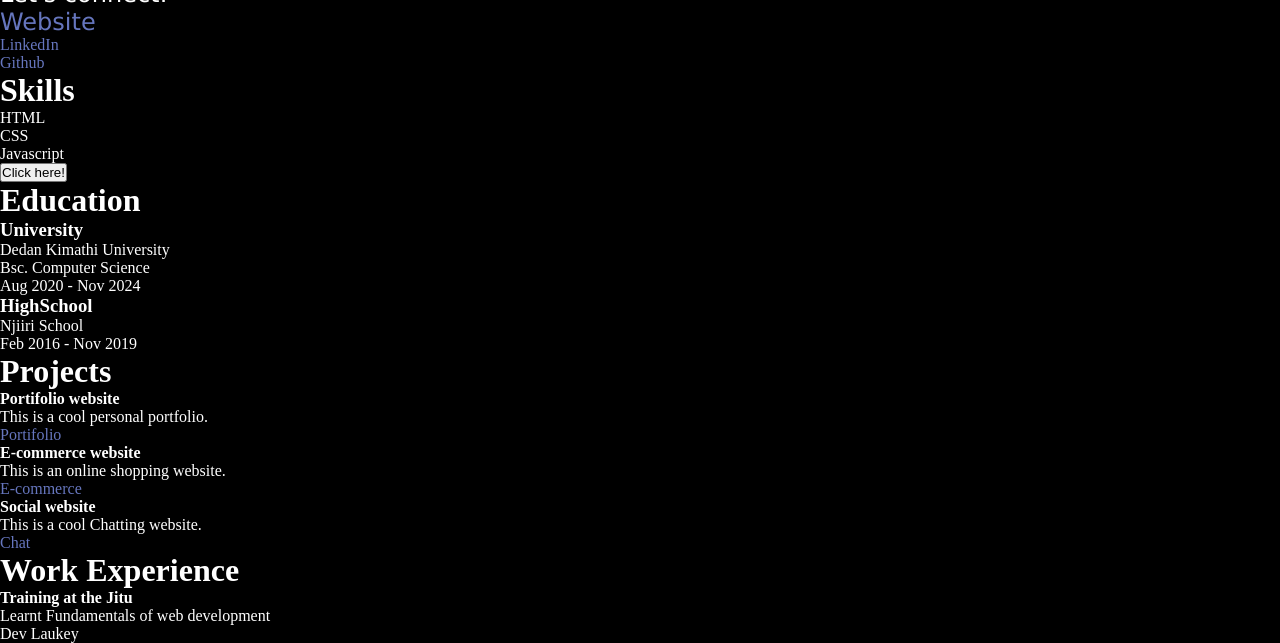
Repository: LaukeyMwaura/Jitu-Day-2
Page: index.html
These files come from the project's save history. The page is drawn as it stood at one moment and after a run of saves; the edit follows.
The browser window is 1280 px wide. The pictures show the part of the page from y = 640 to 1283 px (the page is 1283 px tall before and 1273 px after).
A picture or video elsewhere on the page could not be fetched, so the positions and the page height are approximate.

Above is the page before, as saved 2022-05-12 00:23:43.

### index.html
<!DOCTYPE html>
<html lang="en">
  <head>
    <meta charset="UTF-8" />
    <meta http-equiv="X-UA-Compatible" content="IE=edge" />
    <meta name="viewport" content="width=device-width, initial-scale=1.0" />
    <title>First Site</title>
    <link rel="stylesheet" href="./style.css">
  </head>
  <body>
    <nav class="nav">
      <ul class="list" style="list-style-type: circle">
        <li><a href="#about">About </a></li>
        <li><a href="#skills">Skills </a></li>
        <li><a href="#education">Education </a></li>
        <li><a href="#projects">Projects </a></li>
        <li><a href="#work">Work </a></li>
      </ul>
    </nav>
    <div id="about">
      <h1 class="heading" id="about-me">About Me</h1>
      <div class="about">
        <p class="text">Music Lover

        </p>
        <br>
         <p class="text"> Programming Enthusiast.</p>

      <img
        height="450"
        weight="450"
        src="https://devlaukey.netlify.app/uploads/me.jpeg"
        alt=""
      />
      </div>

      <p class="text">Let's connect:</p>
      <ul>
      <a class="text" target="_blank" href="https://devlaukey.netlify.com/">Website</a>
        <li> <a target="_blank" href="https://www.linkedin.com/in/devlaukey/"
        >LinkedIn</a
      ></li>
        <li>
      <a target="_blank" href="https://github.com/DevLaukey">Github</a></li>
      </ul>

    </div>
    <div class="skills" id="skills" >
      <h1>Skills</h1>
      <ul>
        <li id="html">HTML</li>
        <li>CSS</li>
        <li>Javascript</li>
      </ul>
    </div>
    <button>
      Click here!
    </button>
    <div class="education" id="education">
      <h1>Education</h1>
      <div class="">
        <h3>University</h3>
        <p>Dedan Kimathi University</p>
        <p>Bsc. Computer Science</p>
        <p>Aug 2020 - Nov 2024</p>
      </div>
      <div>
        <h3>HighSchool</h3>
        <p>Njiiri School</p>
        <p>Feb 2016 - Nov 2019</p>
      </div>
    </div>
    <div class="project" id="projects">
      <h1>Projects</h1>
      <div class="project" >
        <h4>Portifolio website</h4>
        <p>This is a cool personal portfolio.</p>
        <a href="https://devlaukey.netlify.app/">Portifolio</a>
      </div>
      <div class="project">
        <h4>E-commerce website</h4>
        <p>This is an online shopping website.</p>
        <a href="https://victor-100.web.app/">E-commerce</a>
      </div>
      <div class="project">
        <h4>Social website</h4>
        <p>This is a cool Chatting website.</p>
        <a href="https://messenger-clone-70550.web.app/">Chat</a>
      </div>
    </div>
    <div id="work" class="work">
      <h1>Work Experience</h1>
      <div>
        <h4>Training at the Jitu</h4>
        <p>Learnt Fundamentals of web development</p>
      </div>
    </div>

    <footer>
      <p>Dev Laukey</p>
    </footer>
  </body>
</html>

### style.css
*{
    margin: 0;
    padding: 0;
    box-sizing: border-box;
}
body {
    background-color: black;
    color: white;
}
.about {
    font-family:Impact, Haettenschweiler, 'Arial Narrow Bold', sans-serifs;
}
.heading{
    text-align: center;
    font-size: 2em;
    font-family:Impact, Haettenschweiler, 'Arial Narrow Bold', sans-serifs;
    margin: 1em;
}
.list{
    display: flex;
    text-align: center;
    justify-content: center;
    overflow: hidden;
}

.list>li{
    margin: 10px 5px ;
    list-style: none;
    font-size: 1.5rem;
    padding: 10px 10px 0 10px;
    font-family: 'Courier New', Courier, monospace;

}
a{
    text-decoration: none;
    color: rgb(102, 118, 190);

}

.text{
    font-size: 1.5em;
    font-family: 'Lucida Sans', 'Lucida Sans Regular', 'Lucida Grande', 'Lucida Sans Unicode', Geneva, Verdana, sans-serif;
}

.about{
    display: flex;
    justify-content: space-evenly;
}

After the next 2 saves:
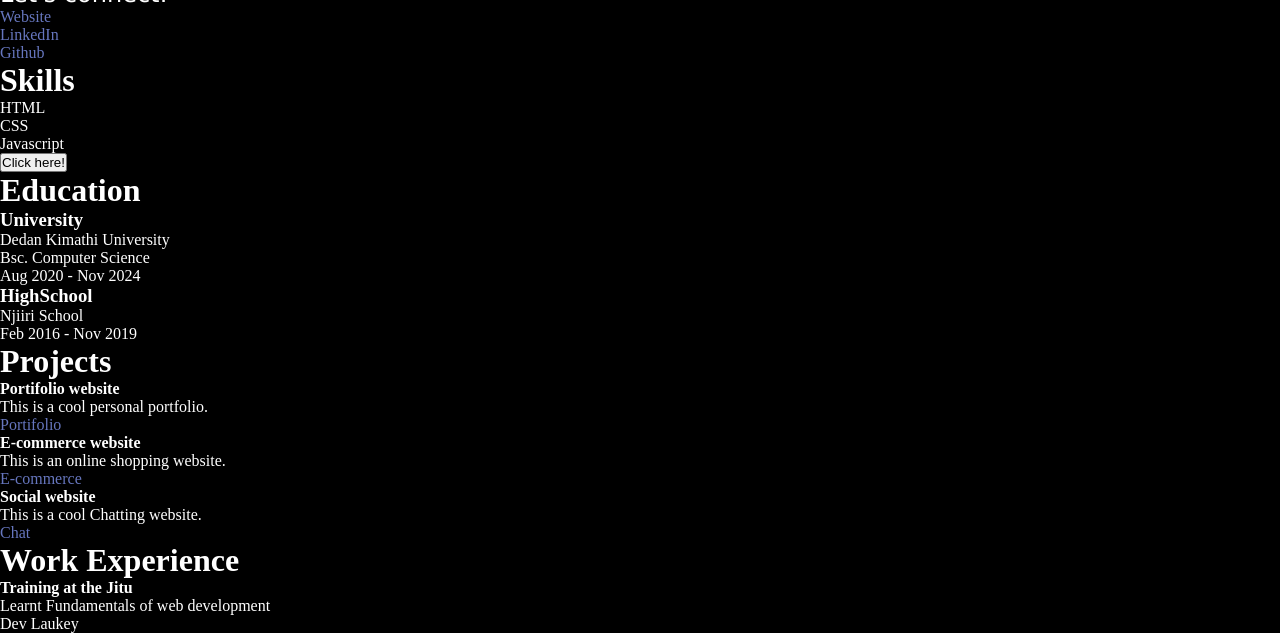
The 2 saves are shown as one change because they came seconds apart.
The last was saved 16 s later.
--- a/index.html
+++ b/index.html
@@ -36,7 +36,7 @@
 
       <p class="text">Let's connect:</p>
       <ul>
-      <a class="text" target="_blank" href="https://devlaukey.netlify.com/">Website</a>
+      <a class="link" target="_blank" href="https://devlaukey.netlify.com/">Website</a>
         <li> <a target="_blank" href="https://www.linkedin.com/in/devlaukey/"
         >LinkedIn</a
       ></li>
